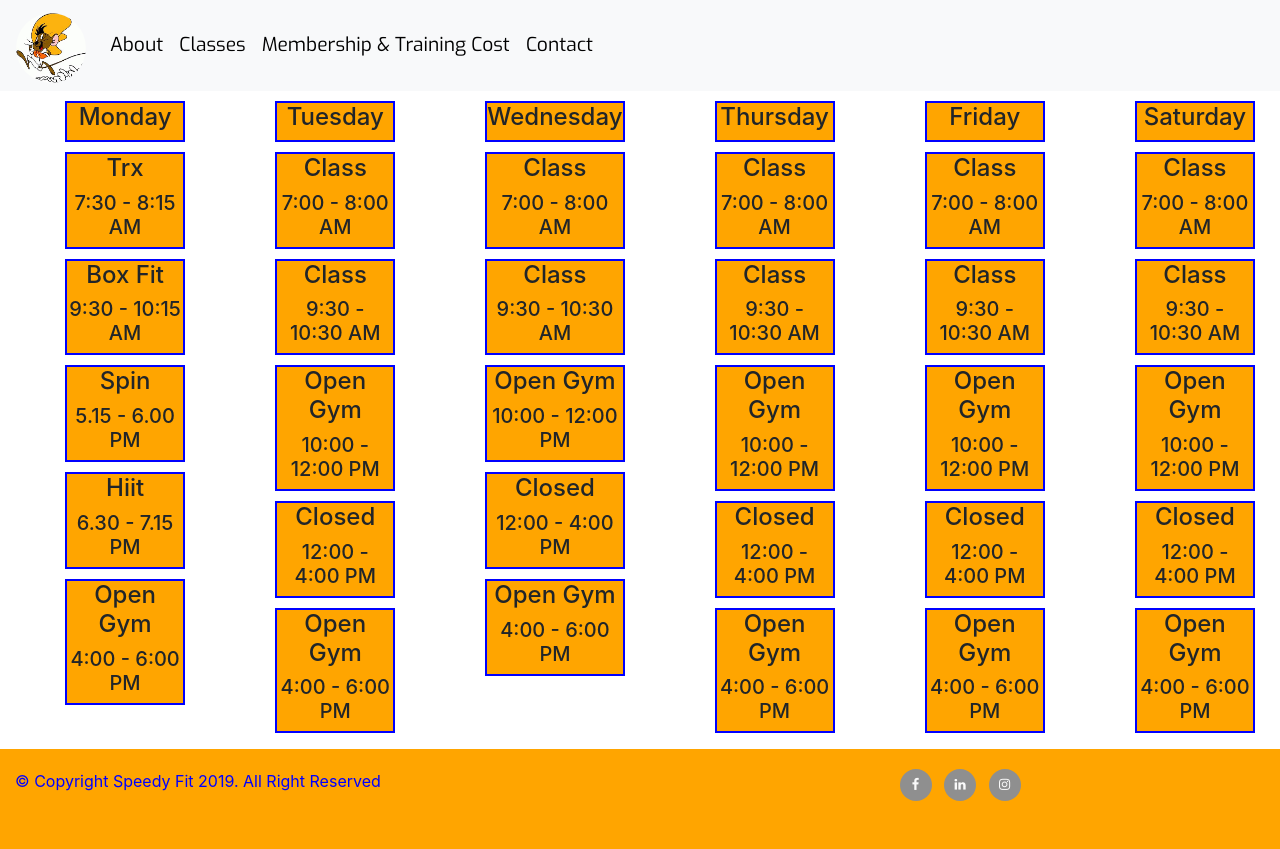
Repository: marcomoreschi/Milestrone-project
Page: classes.html
The author's editor kept a record of every edit. The page is drawn from the files as they stood at one moment, then again after the next edit.
The browser window is 1280 px wide. The pictures show the whole page.
Some web libraries are served in a nearby version.

Above is the page before.

After the next edit:
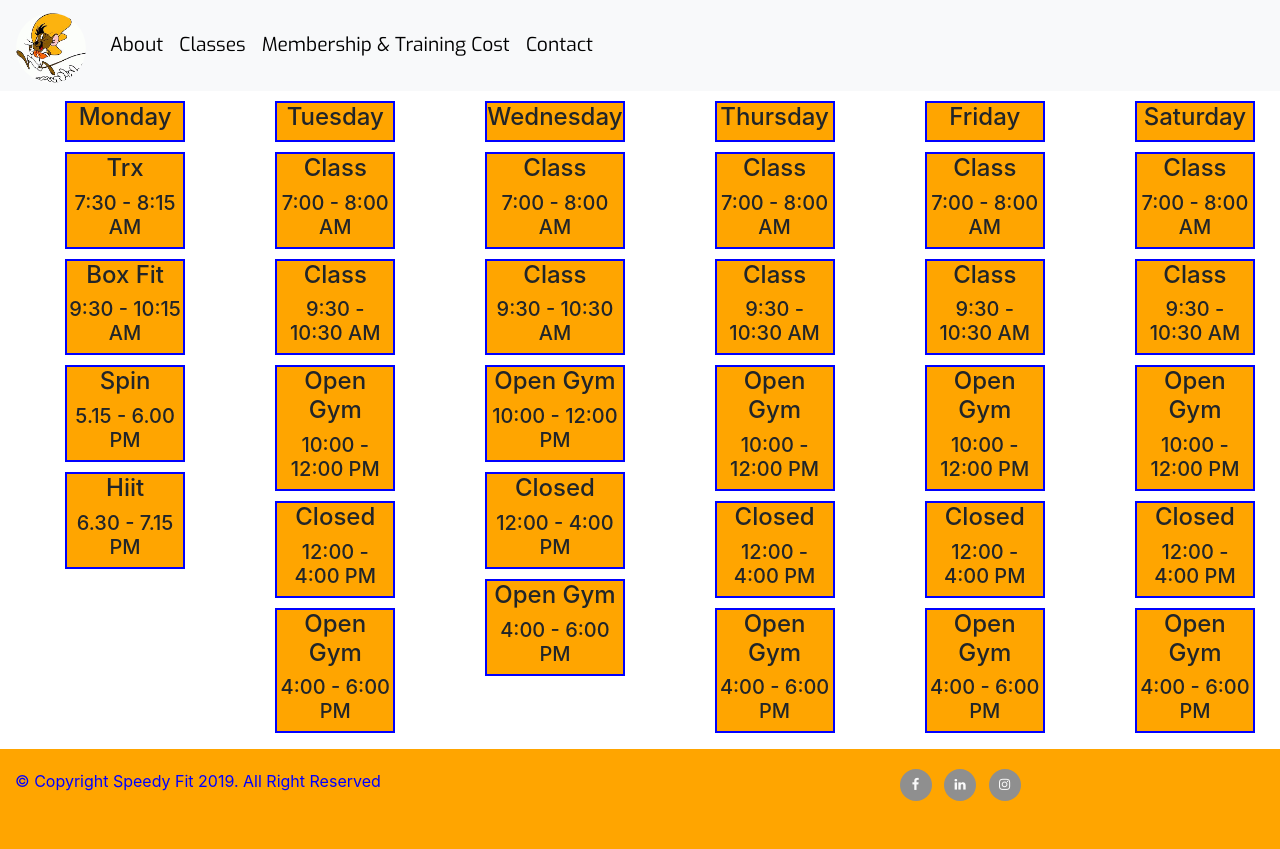
The edit:
--- a/classes.html
+++ b/classes.html
@@ -67,10 +67,7 @@
                     <h4>Hiit</h4>
                     <h5>6.30 - 7.15 PM</h5>
                 </li>
-                <li class="class-time">
-                    <h4>Open Gym</h4>
-                    <h5>4:00 - 6:00 PM</h5>
-                </li>
+
             </div>
 
             <div class="col-sm">
